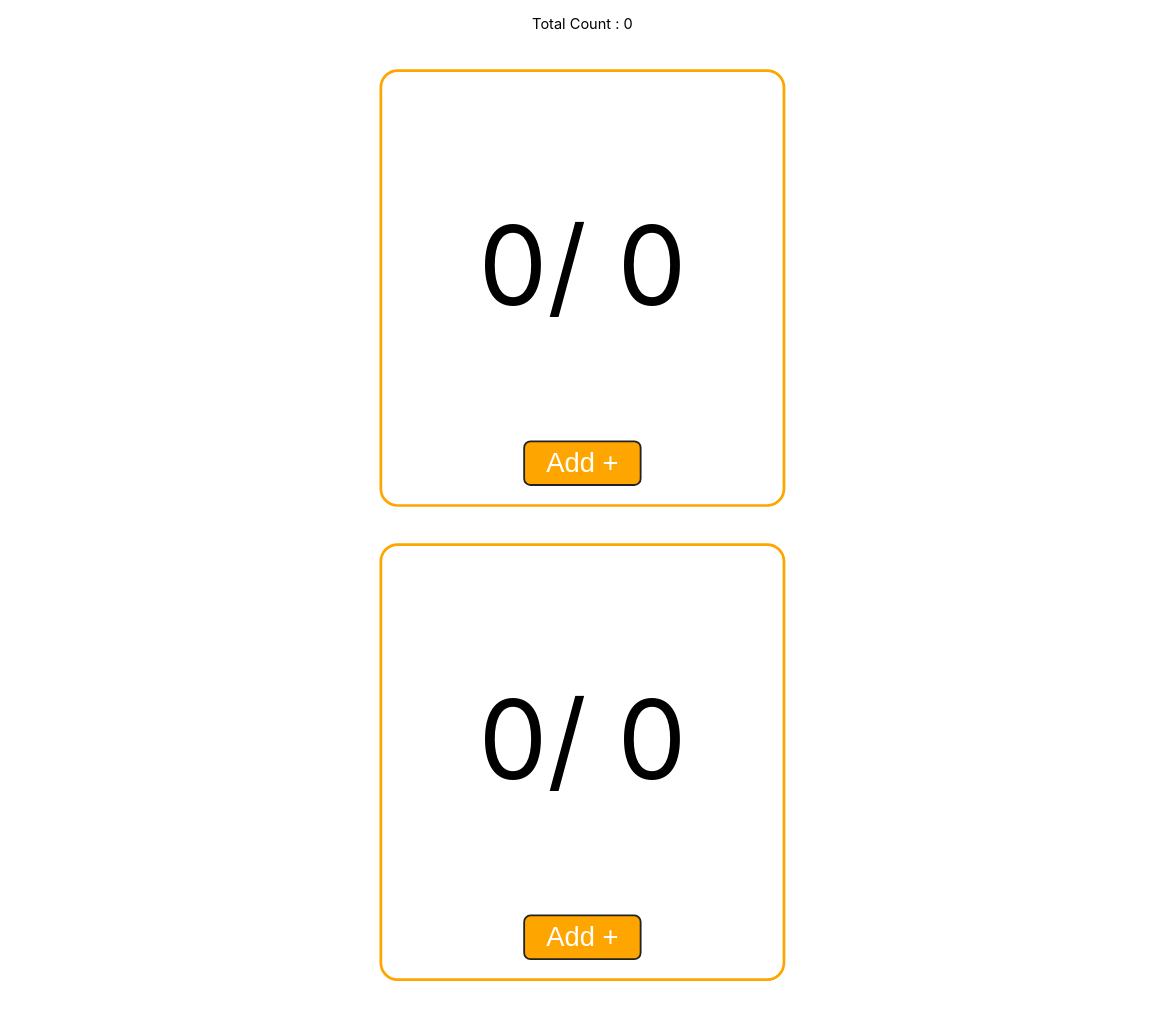
Repository: dnjfht/css-example
Page: /
The author's editor kept a copy of each file at every save. The page is drawn from the files as they stood at one save, then again after the next save.
The browser window is 1280 px wide. The pictures show the whole page, at 91% of full size.
The project was rebuilt for these pictures with package versions that can differ from the ones it lists, and the page was loaded fresh each time.

Above is the page before, as saved 2023-05-09 19:38:41.

### src/App.js
import React, { useState } from "react";
import Counter from "./components/Counter";

export default function App() {
  const [total, setTotal] = useState(0);

  const handleClickTotal = () => {
    setTotal((prev) => prev + 1);
  };
  return (
    <div style={{ textAlign: "center", width: 500, margin: "0 auto" }}>
      <p style={{ width: "100%" }}>Total Count : {total}</p>
      <Counter total={total} handleClickTotal={handleClickTotal} />
      <Counter total={total} handleClickTotal={handleClickTotal} />
    </div>
  );
}

### src/components/Counter.jsx
import React, { useState } from "react";

export default function Counter({ total, handleClickTotal }) {
  const [count, setCount] = useState(0);

  const handleClickCountUp = () => {
    setCount((prev) => prev + 1);
    handleClickTotal();
  };

  //   const handleClickCountDown = () => {
  //     if (count > 0) setCount(count - 1);
  //   };

  return (
    <div
      style={{
        width: 400,
        padding: 20,
        margin: "40px auto",
        border: "3px solid orange",
        borderRadius: 20,
        display: "flex",
        flexDirection: "column",
        alignItems: "center",
      }}
    >
      <p style={{ fontSize: 120 }}>
        {count}
        <span>/ {total}</span>
      </p>
      <button
        style={{
          width: 130,
          padding: "6px 16px",
          boxSizing: "border-box",
          backgroundColor: "orange",
          border: "2px solid #222",
          borderRadius: 8,
          fontSize: 30,
          color: "white",
        }}
        onClick={handleClickCountUp}
      >
        Add +
      </button>
      {/* <button
        style={{
          width: 130,
          padding: "6px 16px",
          marginTop: 10,
          boxSizing: "border-box",
          backgroundColor: "orange",
          border: "2px solid #222",
          borderRadius: 8,
          fontSize: 30,
          color: "white",
        }}
        onClick={handleClickCountDown}
      >
        Add -
      </button> */}
    </div>
  );
}

Loaded but not shown: public/index.html (common file); src/index.js (common file); src/index.css (common file); src/reportWebVitals.js (common file)

After the next save:
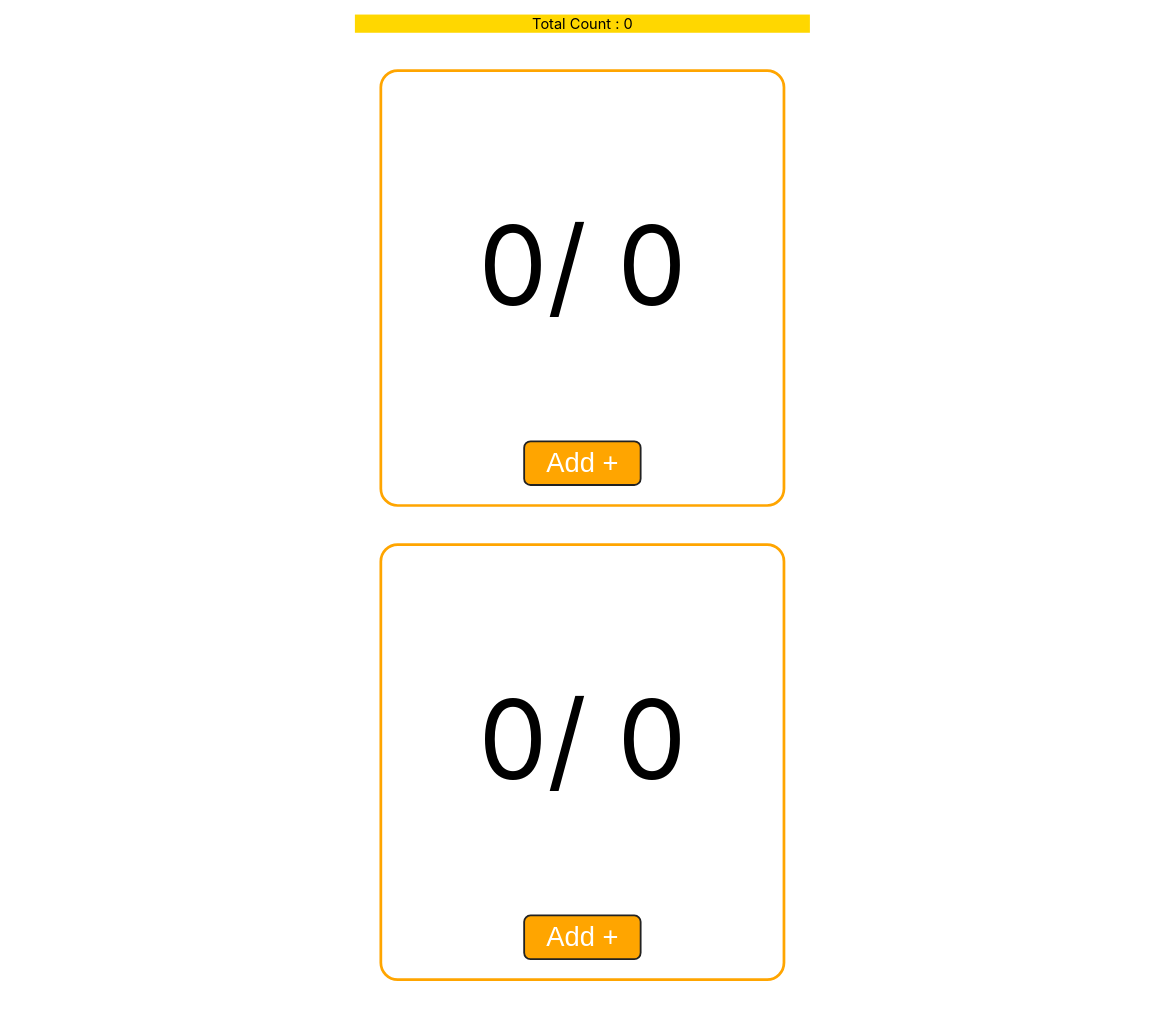
Saved 14 s later.
--- a/src/App.js
+++ b/src/App.js
@@ -9,7 +9,9 @@ export default function App() {
   };
   return (
     <div style={{ textAlign: "center", width: 500, margin: "0 auto" }}>
-      <p style={{ width: "100%" }}>Total Count : {total}</p>
+      <p style={{ width: "100%", backgroundColor: "gold" }}>
+        Total Count : {total}
+      </p>
       <Counter total={total} handleClickTotal={handleClickTotal} />
       <Counter total={total} handleClickTotal={handleClickTotal} />
     </div>
